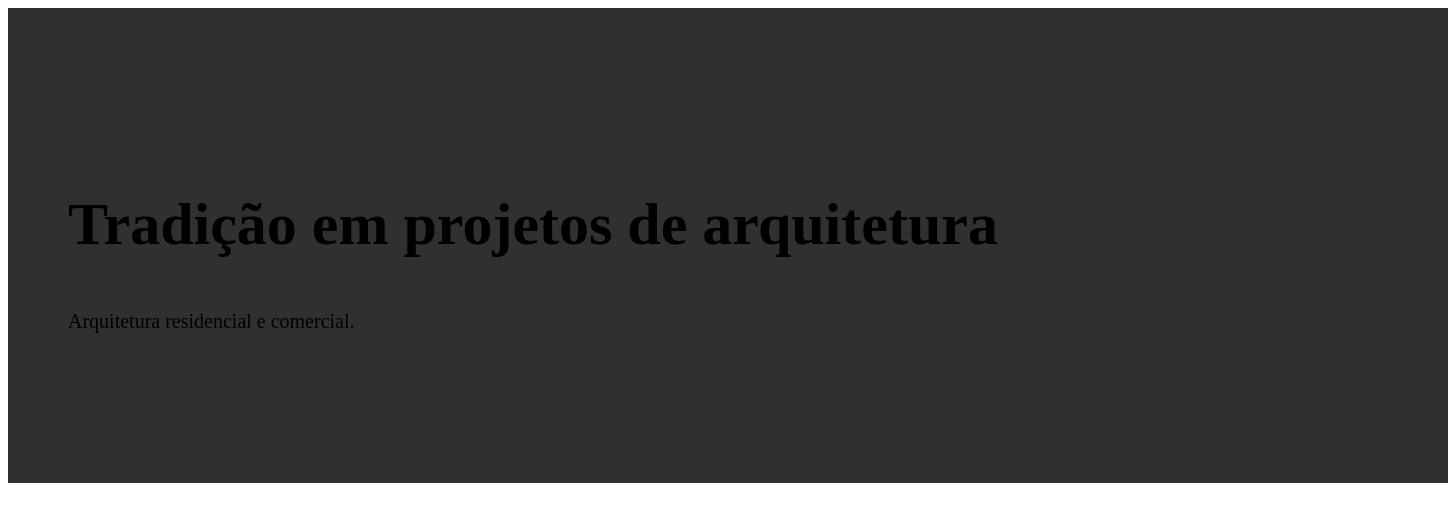
Repository: kleber-goncalves/RID196047_Desafio01
Page: index.html
The author's editor kept a copy of each file at every save. The page is drawn from the files as they stood at one save, then again after a run of saves.
The browser window is 1280 px wide. The page is 1448 px wide, so the pictures cover 1448 px, including what lies to the right of the window. The pictures show the whole page.

Above is the page before, as saved 2024-12-18 16:26:23.

After the next 2 saves:
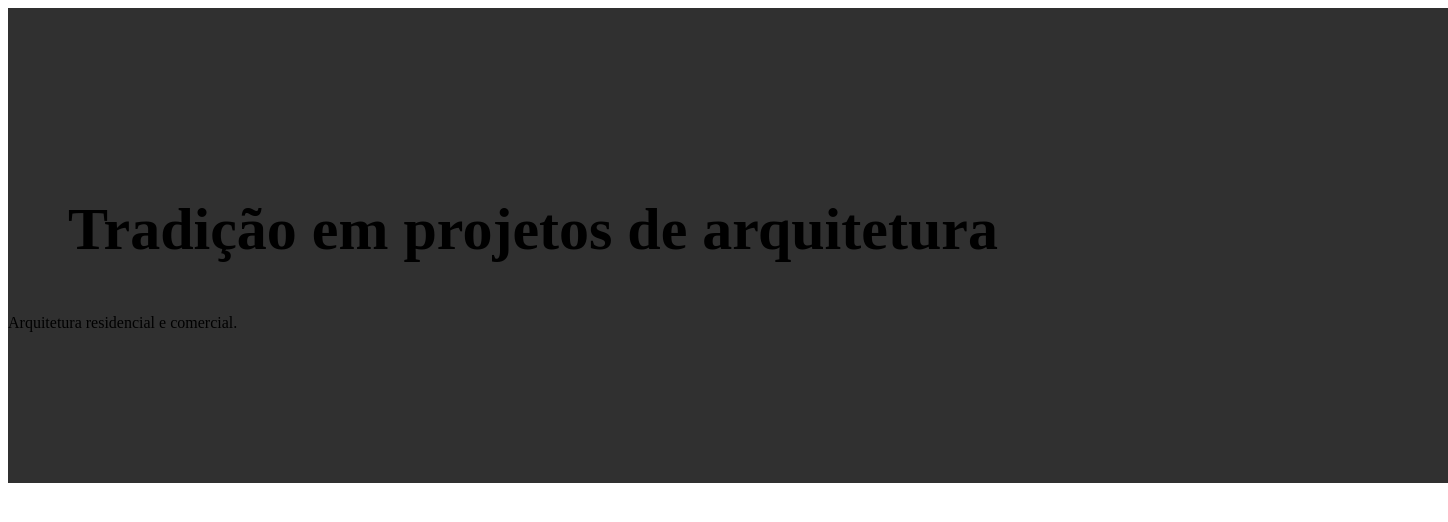
The 2 saves are shown as one change because they came seconds apart.
The last was saved 27 s later.
--- a/style.css
+++ b/style.css
@@ -20,9 +20,3 @@
   font-weight: 600;
   line-height: 72px;
 }
-
-#sub-topo {
-  font-size: 20px;
-  margin-left: 60px;
-  font-style: normal;
-}

After the 2 saves that followed:
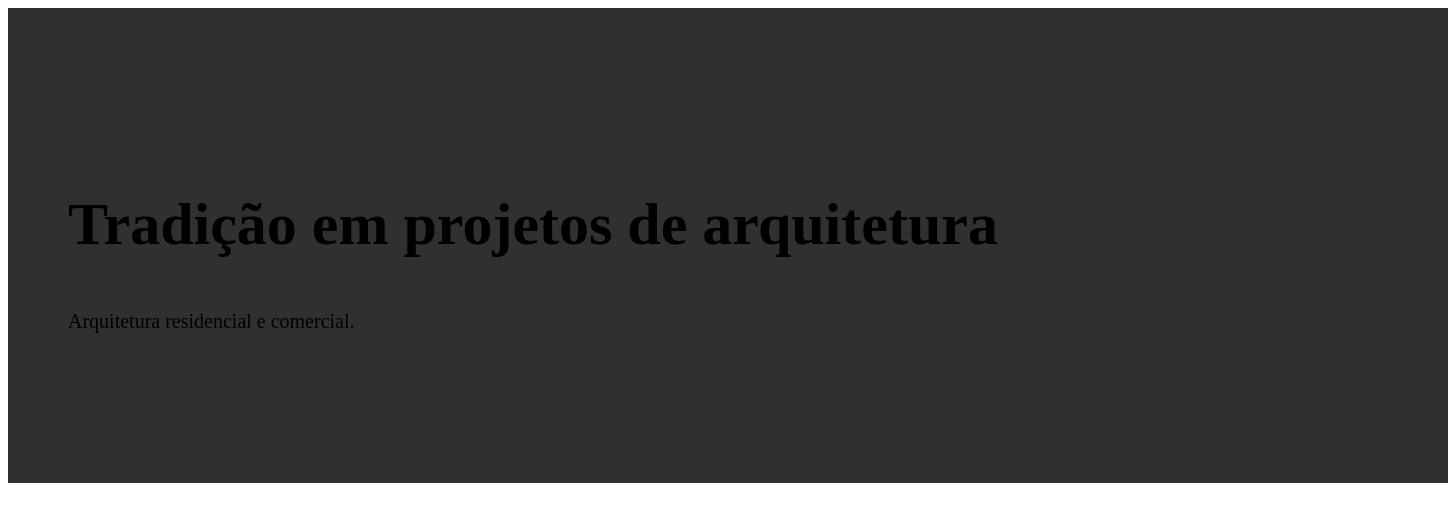
The 2 saves are shown as one change because 1 left the picture as it was.
The last was saved 33 s later.
--- a/style.css
+++ b/style.css
@@ -20,3 +20,9 @@
   font-weight: 600;
   line-height: 72px;
 }
+
+#sub-topo {
+  font-size: 20px;
+  margin-left: 60px;
+  font-style: normal;
+}
